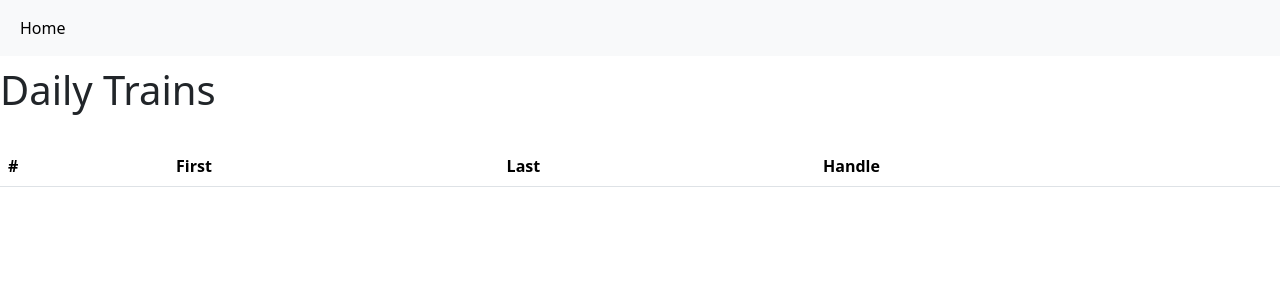
Repository: SachinUthpala/Railway-Reservation
Page: http://localhost/Railway/Train_res
An editor plug-in stored every save of this project. The page is shown before and after the next save, followed by the edit.
The browser window is 1280 px wide. The pictures show the whole page.
The page is served by Tomcat 9. Queries for data that is not in the repository find no rows.

Above is the page before, as saved 2023-05-19 17:27:51.

After the next save:
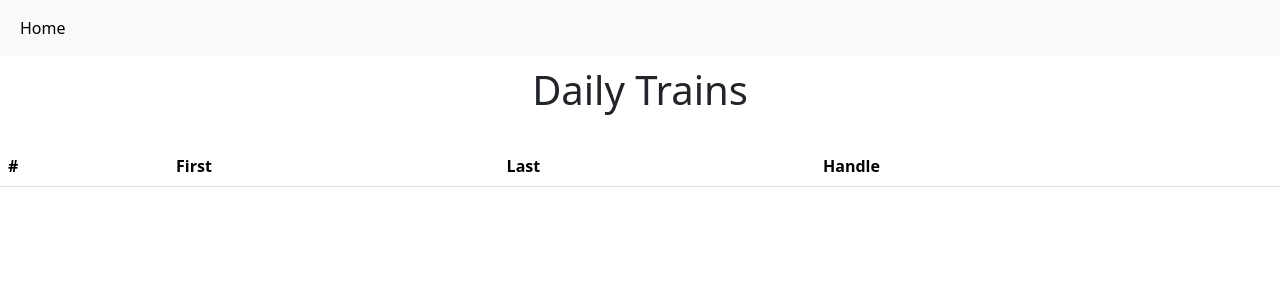
Saved 24 s later.
--- a/Railway/src/main/webapp/Trains.jsp
+++ b/Railway/src/main/webapp/Trains.jsp
@@ -36,7 +36,7 @@ System.out.println("\n Username :"+Username);
 			</nav>
 
 	<div class="trains" id="trains">
-  <h1 style="padding-top: 10px;">Daily Trains</h1>
+  <h1 style="padding-top: 10px;"><center> Daily Trains </center></h1>
   <br>
 
   <% ArrayList allRess = (ArrayList)request.getAttribute("trainRes"); %>
